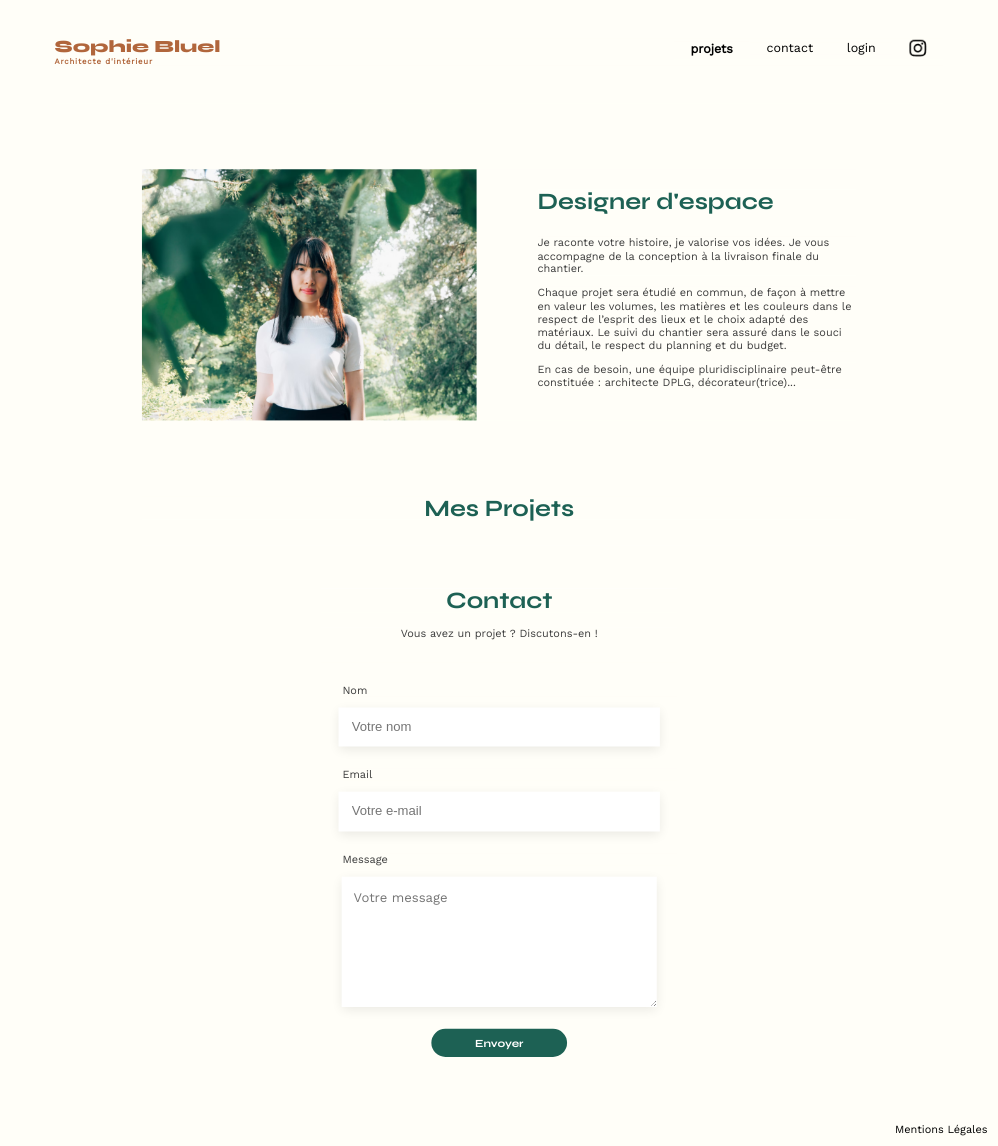
Repository: BlueSoley23/openclassrooms
Page: FrontEnd/index.html
An editor plug-in stored every save of this project. The page is shown before and after the next save, followed by the edit.
The browser window is 1280 px wide. The pictures show the whole page, at 78% of full size.
The page's requests for data from a server got no answer.

Above is the page before, as saved 2023-12-21 07:52:18.
Console error: TypeError: categories is not iterable

After the next save:
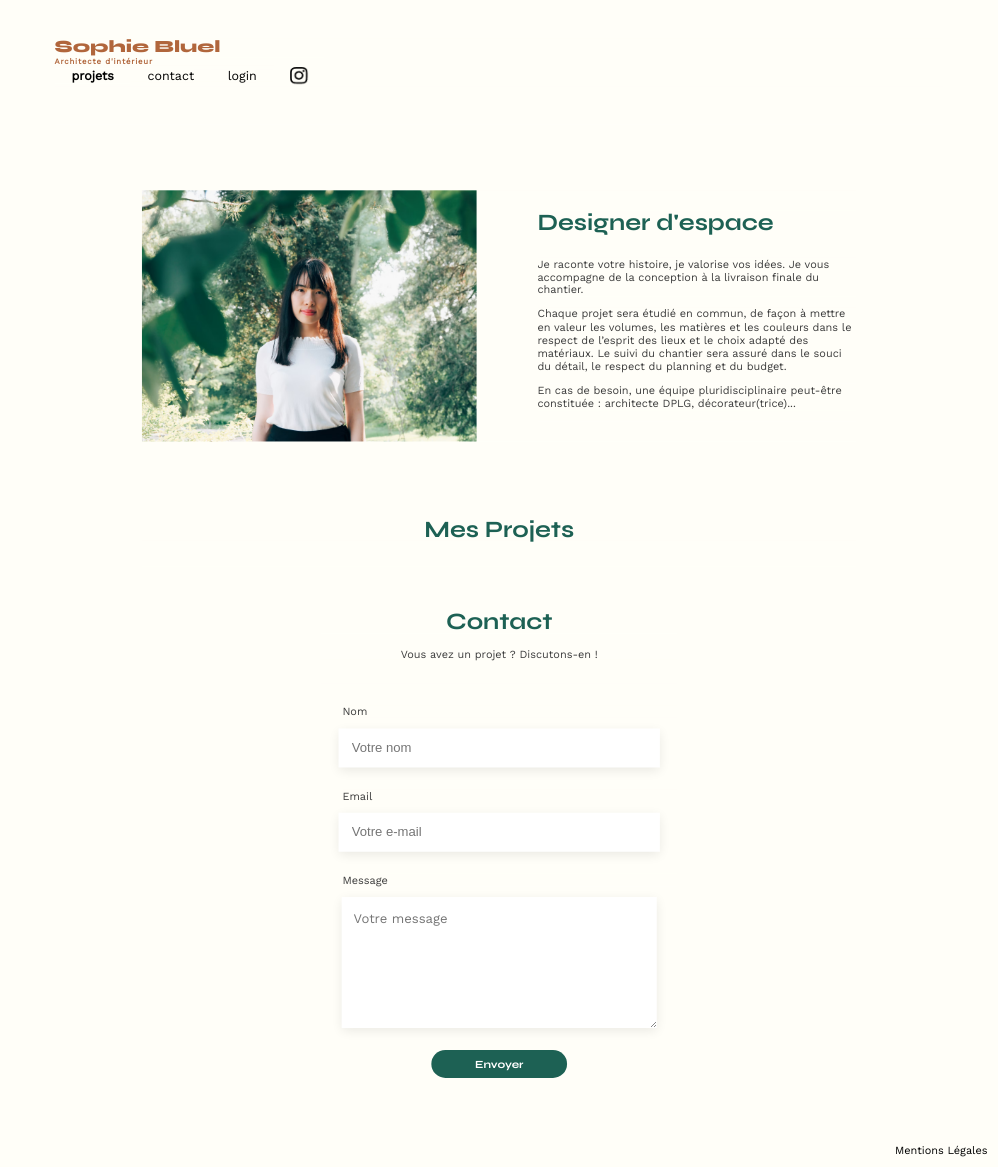
Saved 99 s later.
--- a/FrontEnd/index.html
+++ b/FrontEnd/index.html
@@ -80,7 +80,7 @@
 			<p class="edit-bar__title">Mode édition</p>
 		</div>
 
-
+		<div class="header-block">
 			<!-- En-tête de la page contenant un titre et un sous titre-->
 			<!-- Elements : title /  subtitle -->
 			<a href="./index.html"><h1 class="header__title">Sophie Bluel <span class="header__subtitle">Architecte d'intérieur</span></h1></a>
@@ -91,7 +91,7 @@
 
 				<!-- Liste du menu de liens vers les pages d'accueil, de contact, de connexion, et vers le profil Instagram de Sophie Bluel -->
 				<!-- Block : nav-list -->
-				<ul class="nav-list">
+				<ul class="nav-list deleted">
 
 					<!-- Elements : item -->
 					<!-- Modifier : active -->
@@ -104,6 +104,7 @@
 				</ul>
 
 			</nav>
+		</div>
 	</header>
 
 	<!-- Contenu principal de la page -->
